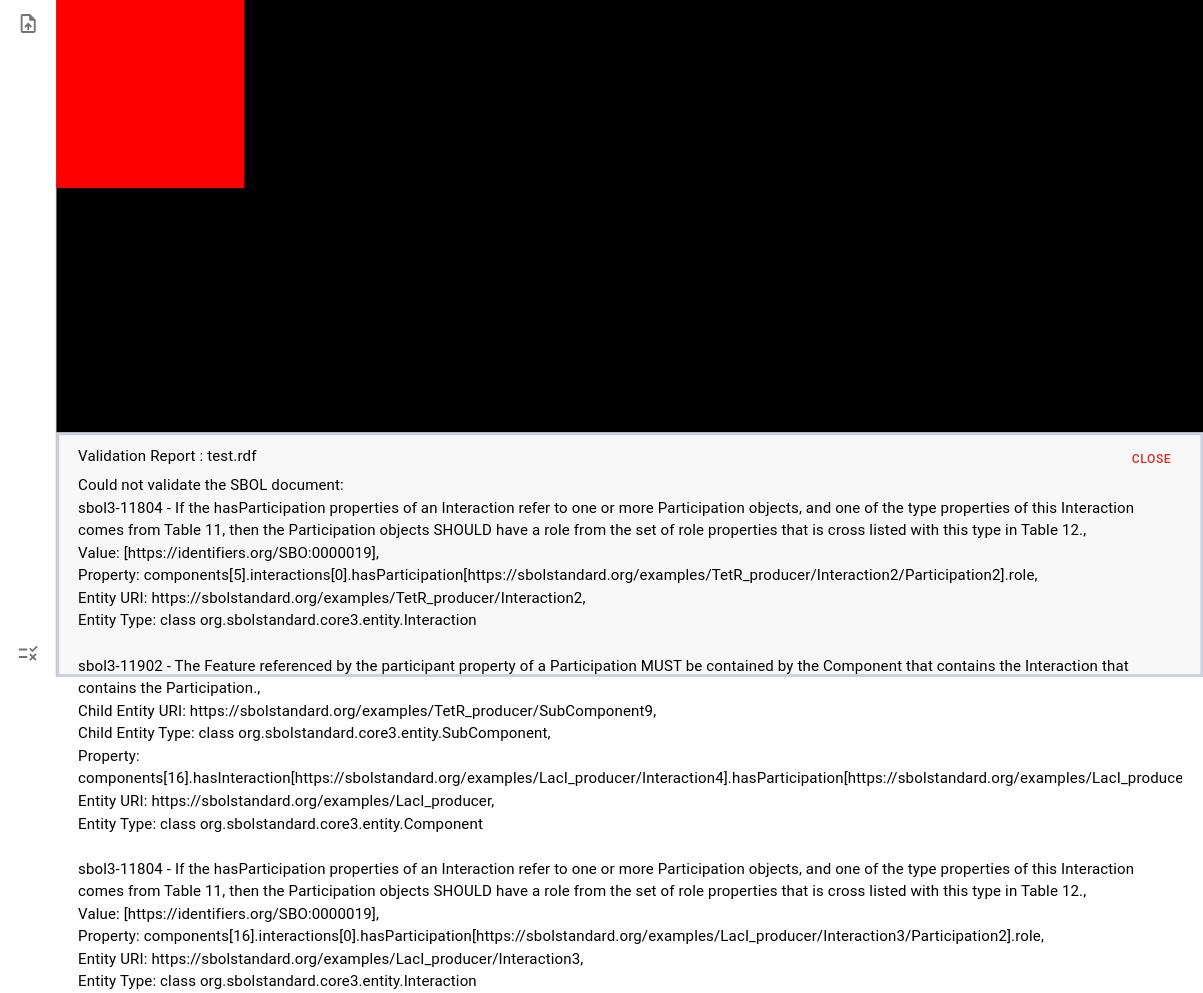
Repository: imark00/sbolInsight_frontend
Page: /, after clicking the first element matching `div.MuiPaper-root > :nth-child(2)`
These files come from the project's save history. The page is drawn as it stood at one moment and after the next save; the edit follows.
The browser window is 1280 px wide. The pictures show the whole page, at 94% of full size.
The project was rebuilt for these pictures with package versions that can differ from the ones it lists, and the page was loaded fresh each time. Also part of the build but not shown: src/App.css.

Above is the page before, as saved 2024-08-19 16:53:52.

After the next save:
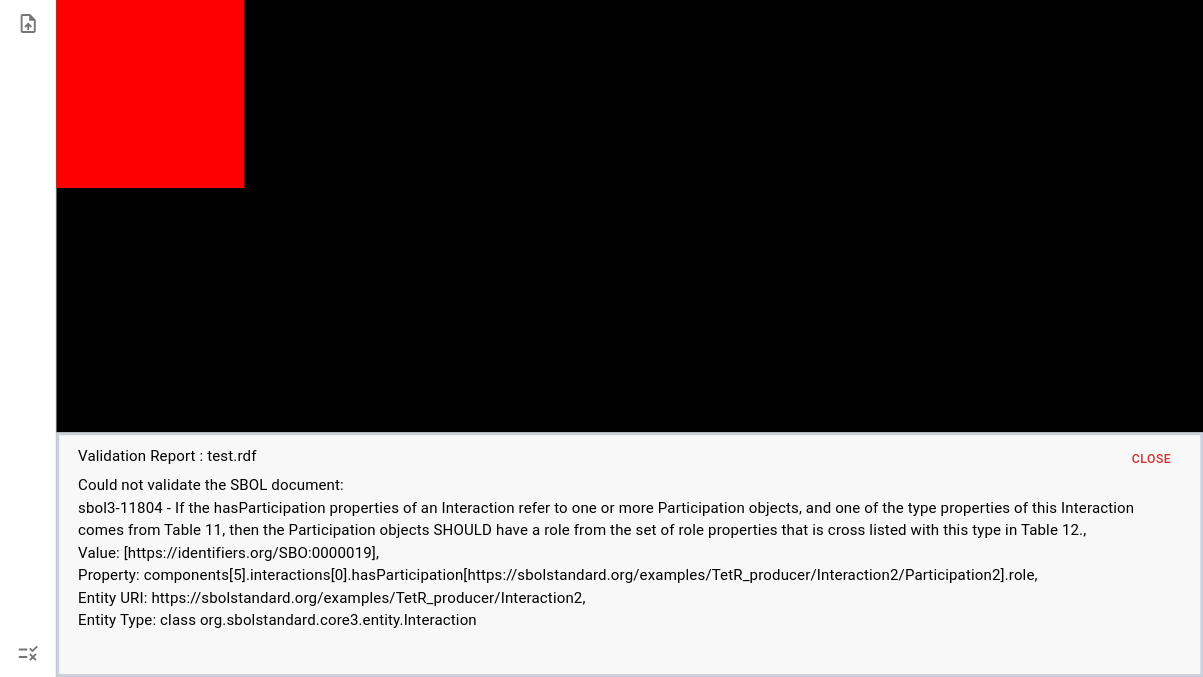
Saved 24 s later.
--- a/src/sbolInsight.js
+++ b/src/sbolInsight.js
@@ -354,6 +354,8 @@ const SBOLInsightPage = () => {
                             border: '3px solid #CBD0DC',
                             boxSizing: "border-box",
                             padding: "10px 20px 20px 20px",
+                            display: 'flex',
+                            flexDirection: 'column',
                         }}
                     >
 
